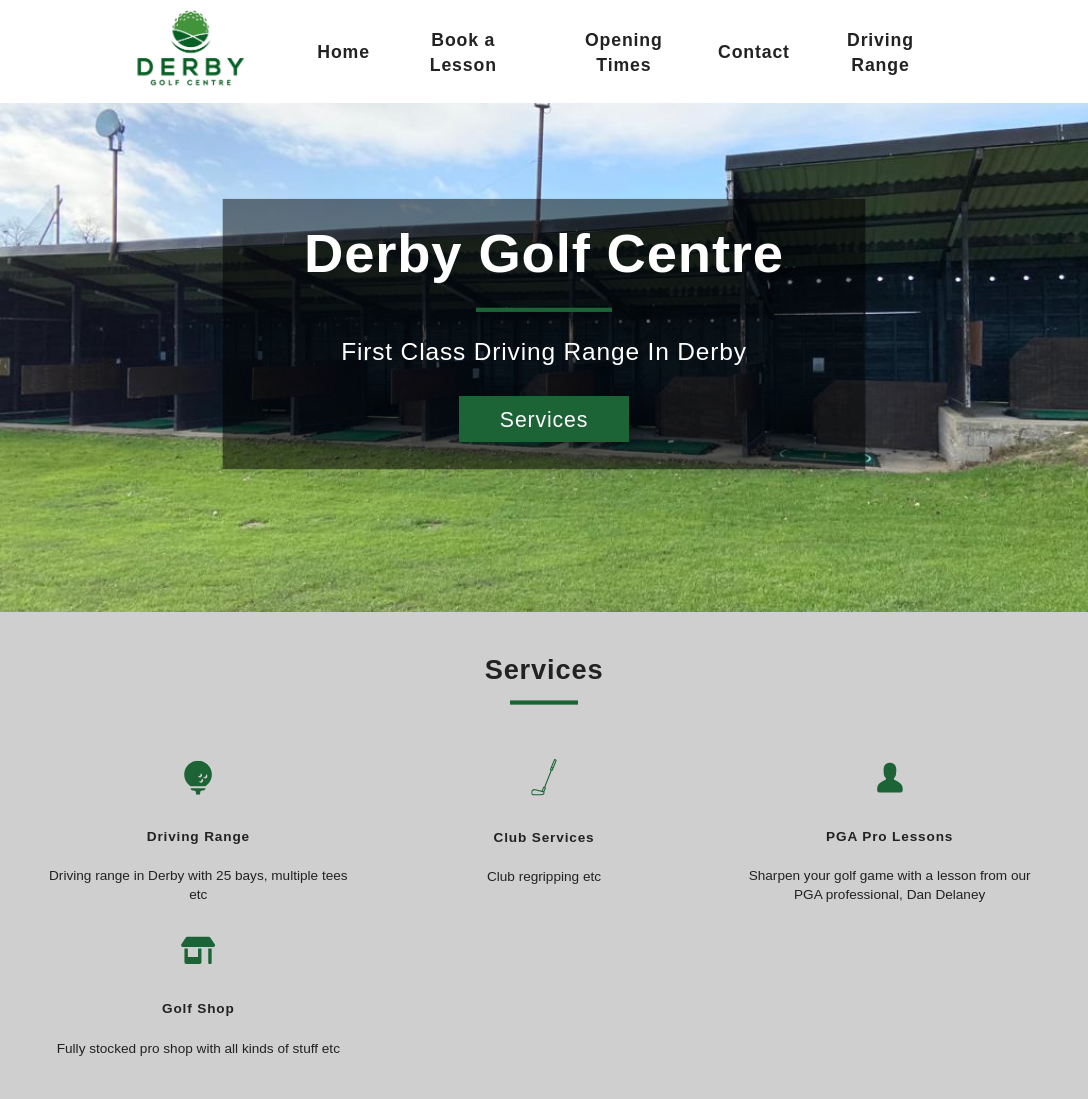
Repository: frankinstyyn/nigeljamesconsulting
Page: /
An editor plug-in stored every save of this project. The page is shown before and after the next save, followed by the edit.
The browser window is 1280 px wide. The pictures show the whole page, at 85% of full size.
Some web fonts or font styles are not loaded; a fallback is used. The project was rebuilt for these pictures with package versions that can differ from the ones it lists, and the page was loaded fresh each time. Also part of the build but not shown: src/pages/Lesson.js, src/pages/SingleRoom.js, src/pages/Error.js.

Above is the page before, as saved 2021-01-08 18:11:18.

### public/index.html
<!DOCTYPE html>
<html lang="en">
  <head>
    <meta charset="utf-8" />
    <link rel="icon" href="%PUBLIC_URL%/favicon.ico" />
    <meta name="viewport" content="width=device-width, initial-scale=1" />
    <meta name="theme-color" content="#000000" />
    <meta
      name="description"
      content="Web site created using create-react-app"
    />
    <link rel="apple-touch-icon" href="%PUBLIC_URL%/logo192.png" />
    <!--
      manifest.json provides metadata used when your web app is installed on a
      user's mobile device or desktop. See https://developers.google.com/web/fundamentals/web-app-manifest/
    -->
    <link rel="manifest" href="%PUBLIC_URL%/manifest.json" />
    <!--
      Notice the use of %PUBLIC_URL% in the tags above.
      It will be replaced with the URL of the `public` folder during the build.
      Only files inside the `public` folder can be referenced from the HTML.

      Unlike "/favicon.ico" or "favicon.ico", "%PUBLIC_URL%/favicon.ico" will
      work correctly both with client-side routing and a non-root public URL.
      Learn how to configure a non-root public URL by running `npm run build`.
    -->
    <title>Derby Golf Centre</title>
  </head>
  <body>
    <noscript>You need to enable JavaScript to run this app.</noscript>
    <div id="root"></div>
    <!--
      This HTML file is a template.
      If you open it directly in the browser, you will see an empty page.

      You can add webfonts, meta tags, or analytics to this file.
      The build step will place the bundled scripts into the <body> tag.

      To begin the development, run `npm start` or `yarn start`.
      To create a production bundle, use `npm run build` or `yarn build`.
    -->
  </body>
</html>

### src/index.js
import React from "react";
import ReactDOM from "react-dom";
import "./index.css";
import { BrowserRouter as Router } from "react-router-dom";
import App from "./App";
import reportWebVitals from "./reportWebVitals";

ReactDOM.render(
  <Router>
    <App />
  </Router>,
  document.getElementById("root")
);

// If you want to start measuring performance in your app, pass a function
// to log results (for example: reportWebVitals(console.log))
// or send to an analytics endpoint. Learn more: https://bit.ly/CRA-vitals
reportWebVitals();

### src/index.css
@import url("https://fonts.googleapis.com/css2?family=Darker+Grotesque:wght@300;800&display=swap");

body {
  margin: 0;
  font-family: -apple-system, BlinkMacSystemFont, "Segoe UI", "Roboto", "Oxygen",
    "Ubuntu", "Cantarell", "Fira Sans", "Droid Sans", "Helvetica Neue",
    sans-serif;
  -webkit-font-smoothing: antialiased;
  -moz-osx-font-smoothing: grayscale;
}

code {
  font-family: source-code-pro, Menlo, Monaco, Consolas, "Courier New",
    monospace;
}

### src/App.js
import "./App.css";
import Home from "./pages/Home";
import Lesson from "./pages/Lesson";
import SingleRoom from "./pages/SingleRoom";
import Error from "./pages/Error";

import { Route, Switch } from "react-router-dom";

import Navbar from "./components/Navbar";

function App() {
  return (
    <>
      <Navbar />
      <Switch>
        <Route exact path="/" component={Home} />
        <Route exact path="/lesson" component={Lesson} />
        <Route exact path="/lesson/:slug" component={SingleRoom} />
        <Route component={Error} />
      </Switch>
    </>
  );
}

export default App;

### src/App.css
* {
  margin: 0;
  padding: 0;
  box-sizing: border-box;
  font-family: "Darker Grotesque", sans-serif;
}
:root {
  --primaryColor: #1c6435;
  --mainWhite: #fff;
  --offWhite: #f7f7f7;
  --mainBlack: #222;
  --mainGrey: #ececec;
  --darkGrey: #cfcfcf;
  --mainTransition: all 0.3s linear;
  --mainSpacing: 1px;
  --lightShadow: 2px 5px 3px 0px rgba(0, 0, 0, 0.5);
  --darkShadow: 4px 10px 5px 0px rgba(0, 0, 0, 0.5);
}
/* globals */
body {
  padding-top: 66px;
  color: var(--mainBlack);
  background: var(--mainWhite);
  font-family: Verdana, Geneva, Tahoma, sans-serif;
  line-height: 1.4;
}
h1 {
  font-size: 3em;
  line-height: 1;
  margin-bottom: 0.5em;
}
h2 {
  font-size: 2em;
  margin-bottom: 0.75em;
}
h3 {
  font-size: 1.5em;
  line-height: 1;
  margin-bottom: 1em;
}
h4 {
  font-size: 1.2em;
  line-height: 1.25;
  margin-bottom: 1.25em;
}
h5 {
  font-size: 1em;
  font-weight: bold;
  margin-bottom: 1.5em;
}
h6 {
  font-size: 1em;
  font-weight: bold;
  margin-bottom: 1.5em;
}

.btn-primary {
  display: inline-block;
  text-decoration: none;
  letter-spacing: var(--mainSpacing);
  color: var(--mainWhite);
  background: var(--primaryColor);
  padding: 0.4rem 0.9rem;
  border: 3px solid var(--primaryColor);
  transition: var(--mainTransition);
  /* text-transform: uppercase; */
  cursor: pointer;
  width: 200px;
  font-size: 25px;
}
.btn-primary:hover {
  background: transparent;
  color: var(--primaryColor);
}
.loading {
  text-transform: capitalize;
  text-align: center;
  margin-top: 3rem;
}
.error {
  text-align: center;
  text-transform: uppercase;
  margin: 2rem 0;
}
.empty-search {
  text-align: center;
  text-transform: capitalize;
  margin: 2rem 0;
  padding: 1rem;
  letter-spacing: var(--mainSpacing);
}
/* end of globals */
/* Navbar */
.logo {
  height: 91px;
}
.navbar {
  position: fixed;
  top: 0;
  left: 0;
  width: 100%;
  padding: 0.75rem 2rem;
  background: var(--mainWhite);
  z-index: 1;
  display: inline-block;
  vertical-align: middle;
  text-align: center;
}
.nav-header {
  display: flex;
  justify-content: space-between;
}
.nav-btn {
  background: transparent;
  border: none;
  cursor: pointer;
  outline: none;
  color: red;
}
.nav-icon {
  font-size: 1.5rem;
  color: var(--primaryColor);
}
.nav-links {
  height: 0;
  overflow: hidden;
  transition: var(--mainTransition);
  list-style-type: none;
  align-items: center;
}
.nav-links a {
  display: block;
  text-decoration: none;
  padding: 1rem;
  color: var(--mainBlack);
  transition: var(--mainTransition);
  text-align: center;
  font-size: 1.3rem;
  font-weight: 600;
  letter-spacing: var(--mainSpacing);
}
.nav-links a:hover {
  color: var(--mainWhite);
  background: var(--primaryColor);
}

.show-nav {
  height: 310px;
}
@media screen and (min-width: 1028px) {
  .nav-btn {
    display: none;
  }
  .nav-center {
    max-width: 1170px;
    margin: 0 10%;
    display: flex;
  }
  .nav-links {
    height: auto;
    display: flex;
    margin-left: 4rem;
  }
  .nav-links a {
    /* margin: 0 1rem; */
    padding: 1rem;
  }
}
/* end of navbar */
/* Hero */
.defaultHero,
.lessonHero {
  min-height: calc(100vh - 66px);
  background: url("./images/defaultBcg.jpeg") center/cover no-repeat;
  display: flex;
  align-items: center;
  justify-content: center;
}
.lessonHero {
  background-image: url("./images/room-2.jpeg");
  /* min-height: 60vh; */
}
/* End of Hero */
/* Banner */
.banner {
  display: inline-block;
  background: rgba(0, 0, 0, 0.5);
  color: var(--mainWhite);
  padding: 2rem 1rem;
  text-align: center;
  text-transform: capitalize;
  letter-spacing: var(--mainSpacing);
}
.banner h1 {
  font-size: 2.5rem;
}
.banner div {
  width: 10rem;
  height: 5px;
  background: var(--primaryColor);
  margin: 1.7rem auto;
}
.banner p {
  font-size: 1.8rem;
  margin-bottom: 2rem;
}
@media screen and (min-width: 576px) {
  .banner {
    padding: 2rem 3rem;
  }
  .banner h1 {
    font-size: 3rem;
  }
}
@media screen and (min-width: 992px) {
  .banner {
    padding: 2rem 6rem;
  }
  .banner h1 {
    font-size: 4rem;
  }
}
/* End of Banner */
/* Title */
.section-title {
  text-align: center;
  margin-bottom: 4rem;
}
.section-title h4 {
  font-size: 2rem;
  letter-spacing: var(--mainSpacing);
  text-transform: capitalize;
  margin-bottom: 1rem;
}
.section-title div {
  width: 5rem;
  height: 5px;
  margin: 0 auto;
  background: var(--primaryColor);
}
/* end of Title */

/* services */
.services {
  padding: 3rem 0;
}
.services {
  background: var(--darkGrey);
  text-align: center;
}
.services-center {
  width: 90vw;
  margin: 0 auto;
  display: grid;
  grid-template-columns: repeat(auto-fit, minmax(300px, 1fr));
  grid-row-gap: 2rem;
  grid-column-gap: 50px;
}
.service span {
  display: inline-block;
  color: var(--primaryColor);
  font-size: 2.5rem;
  margin-bottom: 1.5rem;
}
.services h6 {
  letter-spacing: var(--mainSpacing);
}
.services p {
  width: 80%;
  margin: 0 auto;
}

.servicesImg {
  width: 30px;
  stroke: var(--primaryColor);
  stroke-width: 10;
}
@media screen and (min-width: 992px) {
  .services-center {
    width: 95vw;
    max-width: 1170px;
  }
}

@media screen and (min-width: 1200px) {
  .services p {
    width: 100%;
  }
}
/*end of services */
/* featured rooms */

.featured-rooms {
  padding: 5rem 0;
}
.featured-rooms-center {
  width: 80vw;
  margin: 0 auto;
  display: grid;
  grid-template-columns: repeat(auto-fit, minmax(270px, 1fr));
  grid-row-gap: 2rem;
  grid-column-gap: 40px;
}
@media screen and (min-width: 776px) {
  .featured-rooms-center {
    width: 90vw;
    grid-template-columns: repeat(auto-fit, minmax(330px, 1fr));
  }
}
@media screen and (min-width: 992px) {
  .featured-rooms-center {
    width: 95vw;
    max-width: 1170px;
  }
}
/* end pf featured rooms */
/* room */
.room {
  box-shadow: var(--lightShadow);
  transition: var(--mainTransition);
}
.room:hover {
  box-shadow: var(--darkShadow);
}

.img-container {
  position: relative;
}
.img-container img {
  width: 100%;
  display: block;
  transition: var(--mainTransition);
}
.price-top {
  position: absolute;
  top: 0;
  left: 0;
  background: rgba(0, 0, 0, 0.8);
  color: var(--mainWhite);
  padding: 0.3rem 0.6rem 0.5rem;
  border-bottom-right-radius: 1rem;
  font-size: 0.5rem;
  text-align: center;
  transition: var(--mainTransition);
}
.price-top h6 {
  margin-bottom: 0;
  font-size: 0.9rem;
  font-weight: 300;
  letter-spacing: var(--mainSpacing);
}
.room-link {
  position: absolute;
  top: 50%;
  left: 50%;
  transform: scale(0);
  transition: all 0.3s linear;
}
.img-container:hover {
  background: rgba(0, 0, 0, 0.8);
}
.img-container:hover img {
  opacity: 0.3;
}
.img-container:hover .price-top {
  opacity: 0;
}
.img-container:hover .room-link {
  transform: translate(-50%, -50%) scale(1);
}
.room-info {
  background: var(--darkGrey);
  text-transform: capitalize;
  padding: 0.5rem 0;
  text-align: center;
  font-weight: 700;
  letter-spacing: var(--mainSpacing);
}
/* end of room  */
/* single room*/

.single-room {
  padding: 5rem 0 0 0;
}
.single-room-images {
  width: 80vw;
  margin: 0 auto;
  display: grid;
  grid-template-columns: repeat(auto-fit, minmax(350px, 1fr));
  grid-row-gap: 2rem;
  grid-column-gap: 50px;
}
.single-room-images img {
  width: 100%;
  display: block;
}
.single-room-info {
  width: 80vw;
  display: grid;
  grid-template-columns: 1fr;
  margin: 2rem auto;
}
.desc,
.info {
  margin: 1rem 0;
}
.desc h3 {
  text-transform: capitalize;
  letter-spacing: var(--mainSpacing);
}
.desc p {
  line-height: 1.5;
}
.info h3,
.info h6 {
  text-transform: capitalize;
  letter-spacing: var(--mainSpacing);
}

.info h6 {
  font-weight: 300;
}
.room-extras {
  width: 80vw;
  margin: 0 auto 3rem auto;
}
.room-extras h6 {
  text-transform: capitalize;
  letter-spacing: var(--mainSpacing);
}
.extras {
  list-style-type: none;
  display: grid;
  grid-template-columns: repeat(auto-fit, minmax(330px, 1fr));
  grid-column-gap: 2rem;
  grid-row-gap: 1rem;
}
@media screen and (min-width: 992px) {
  .single-room-images,
  .single-room-info,
  .room-extras {
    width: 95vw;
    max-width: 1170px;
  }
  .single-room-info {
    display: grid;
    grid-template-columns: 1fr 1fr;
    grid-column-gap: 2rem;
  }
  .info {
    padding-left: 3rem;
  }
}
/* end of single room*/
/* roomlist */
.roomslist {
  padding: 5rem 0;
}
.roomslist-center {
  width: 80vw;
  margin: 0 auto;
  display: grid;
  grid-template-columns: repeat(auto-fill, minmax(270px, 1fr));
  grid-row-gap: 2rem;
  grid-column-gap: 30px;
}

@media screen and (min-width: 776px) {
  .roomslist-center {
    width: 90vw;
  }
}
@media screen and (min-width: 992px) {
  .roomslist-center {
    width: 95vw;
    max-width: 1170px;
  }
}
/* end of roomlist */
/*  rooms fitler*/
.filter-container {
  padding: 5rem 0;
}
.filter-form {
  width: 60vw;
  margin: 0 auto;
  display: grid;
  grid-template-columns: repeat(auto-fit, minmax(202px, 1fr));
  grid-row-gap: 2rem;
  grid-column-gap: 40px;
}
.form-group {
  text-transform: capitalize;
}
.form-group label {
  display: block;
  letter-spacing: var(--mainSpacing);
  margin-bottom: 0.5rem;
}
.form-control {
  width: 100%;
  background: transparent;
  font-size: 1rem;
}
.size-inputs {
  display: flex;
}
.size-input {
  width: 40%;
  padding: 0.2rem;
  border: 1px solid var(--mainBlack);
  border-radius: 0.3rem;
  margin-right: 0.3rem;
}
.single-extra label {
  display: inline-block;
  font-size: 0.8rem;
  margin-left: 0.5rem;
}
@media screen and (min-width: 776px) {
  .filter-form {
    width: 70vw;
  }
}
@media screen and (min-width: 992px) {
  .filter-form {
    width: 95vw;
    max-width: 1170px;
  }
}
/* end of rooms fitler*/

### src/pages/Home.js
import React from "react";
import Hero from "../components/Hero";
import Banner from "../components/Banner";
import { Link } from "react-router-dom";
import Services from "../components/Services"

export default function Home() {
  return (
    <>
    <Hero hero="defaultHero" >
      <Banner title="Derby Golf Centre" subtitle="First class Driving Range in Derby">
        <Link to="/lesson" className="btn-primary">
          Services
      </Link>
      </Banner>
      </Hero>
      <Services />
      </>
  );
}

### src/components/Navbar.js
import React, { Component } from "react";
// import { IoGolf } from "react-icons/io5";
import logo from "../images/sdrlogo.jpeg";
import { FaAlignRight } from "react-icons/fa";
import { Link } from "react-router-dom";

export default class Navbar extends Component {
  state = {
    isOpen: false,
  }
  handleToggle = () => {
    this.setState({ isOpen: !this.state.isOpen });
  }
  render() {
    return <nav className="navbar">
      <div class="nav-center">
        <div class="nav-header">
          <Link to="/">
            <img className="logo" src={logo} alt="Derby Golf Centre" />
          </Link>
          <button type="button" className="nav-btn" onClick={this.handleToggle}>
            <FaAlignRight className="nav-icon" />
          </button>
        </div>
        <ul className={this.state.isOpen ? "nav-links show-nav" : "nav-links"}>
          <li>
            <Link to="/">Home</Link>
          </li>
          <li>
            <Link to="/lesson">Book a Lesson</Link>
          </li>
          <li>
            <Link to="/opening-times">Opening Times</Link>
          </li>
          <li>
            <Link to="/contact">Contact</Link>
          </li>
          <li>
            <Link to="/driving-range">Driving Range</Link>
          </li>
        </ul>
      </div>
    </nav>;
  }
}

### src/components/Hero.js
import React from 'react'

export default function Hero({children, hero}) {
    return (
        <header className={hero}>{children}</header>
    )
}

### src/components/Banner.js
import React from 'react'

export default function Banner({children,title,subtitle}) {
    return (
        <div className="banner">
            <h1>{title}</h1>
            <div></div>
            <p>{subtitle}</p>
            {children}
        </div>
    )
}

### src/components/Services.js
import React, { Component } from 'react'
import { FaGolfBall, FaStoreAlt } from 'react-icons/fa'
import { GoPerson } from "react-icons/go";
import golfclub from '../images/golf-club.svg'
import Title from "./Title"


export default class Services extends Component {
    state = {
        services: [
            {
                icon: <FaGolfBall />,
                title: "Driving Range",
                info: "Driving range in Derby with 25 bays, multiple tees etc"
            },
            {
                icon: <img src={golfclub} className="servicesImg" alt="Club Services"/>,
                title: "Club Services",
                info: "Club regripping etc"
            },
            {
                icon: <GoPerson />,
                title: "PGA Pro Lessons",
                info: "Sharpen your golf game with a lesson from our PGA professional, Dan Delaney"
            },
            {
                icon: <FaStoreAlt />,
                title: "Golf Shop",
                info: "Fully stocked pro shop with all kinds of stuff etc"
            }
        ]
    };
    render() {
        return (
            <section className="services">
                <Title title="services" />
                <div className="services-center">
                    {this.state.services.map((item, index) => {
                        return (
                            <article key={index} className="service">
                                <span>{item.icon}</span>
                                <h6>{item.title}</h6>
                                <p>{item.info}</p>
                            </article>
                        )
                    })}
                </div>
            </section>
        )
    }
}

Loaded but not shown: src/reportWebVitals.js (common file); src/components/Title.js (common file)

After the next save:
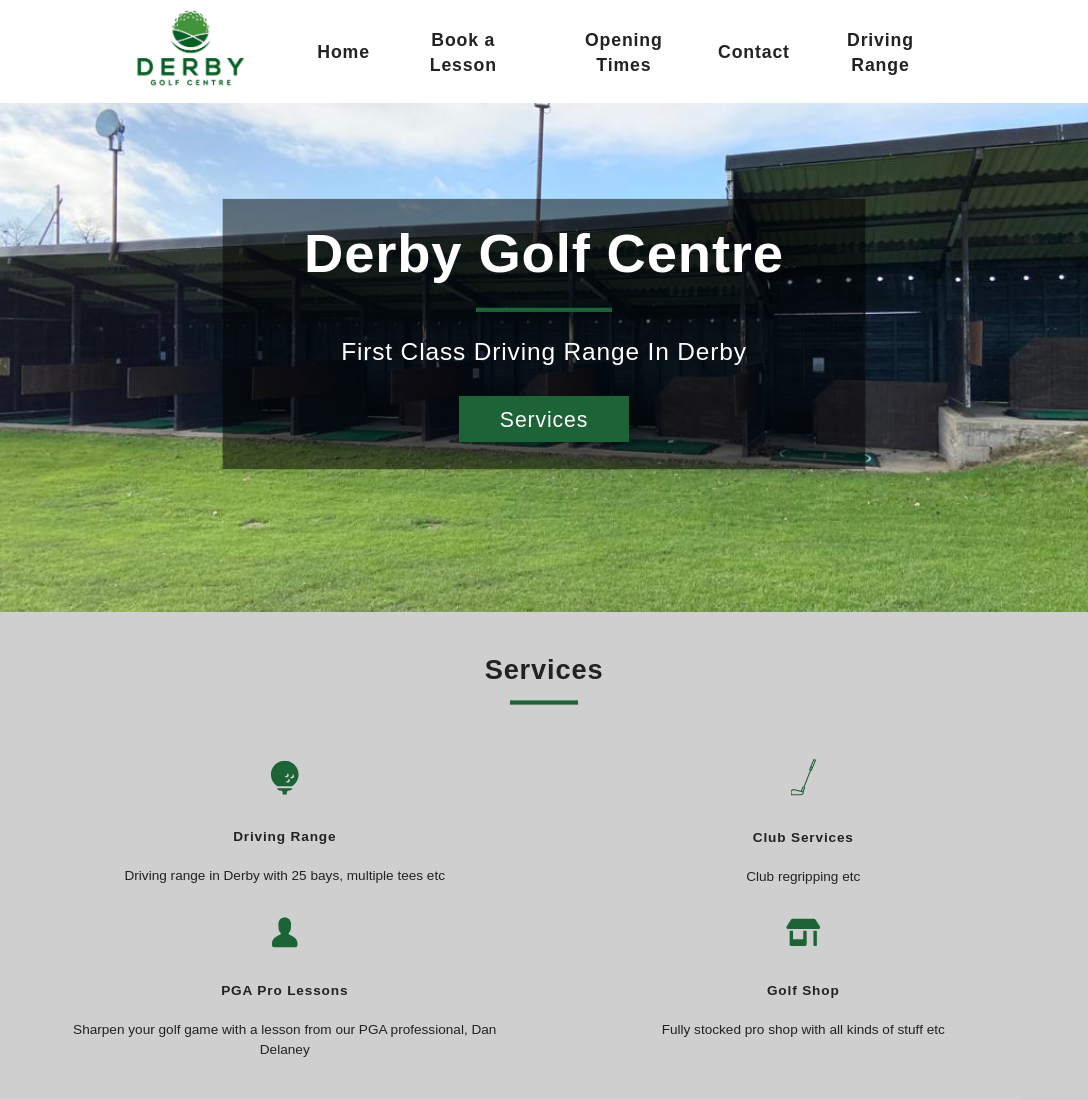
Saved 4 s later.
--- a/src/App.css
+++ b/src/App.css
@@ -252,7 +252,7 @@
   width: 90vw;
   margin: 0 auto;
   display: grid;
-  grid-template-columns: repeat(auto-fit, minmax(300px, 1fr));
+  grid-template-columns: repeat(auto-fit, minmax(500px, 1fr));
   grid-row-gap: 2rem;
   grid-column-gap: 50px;
 }
